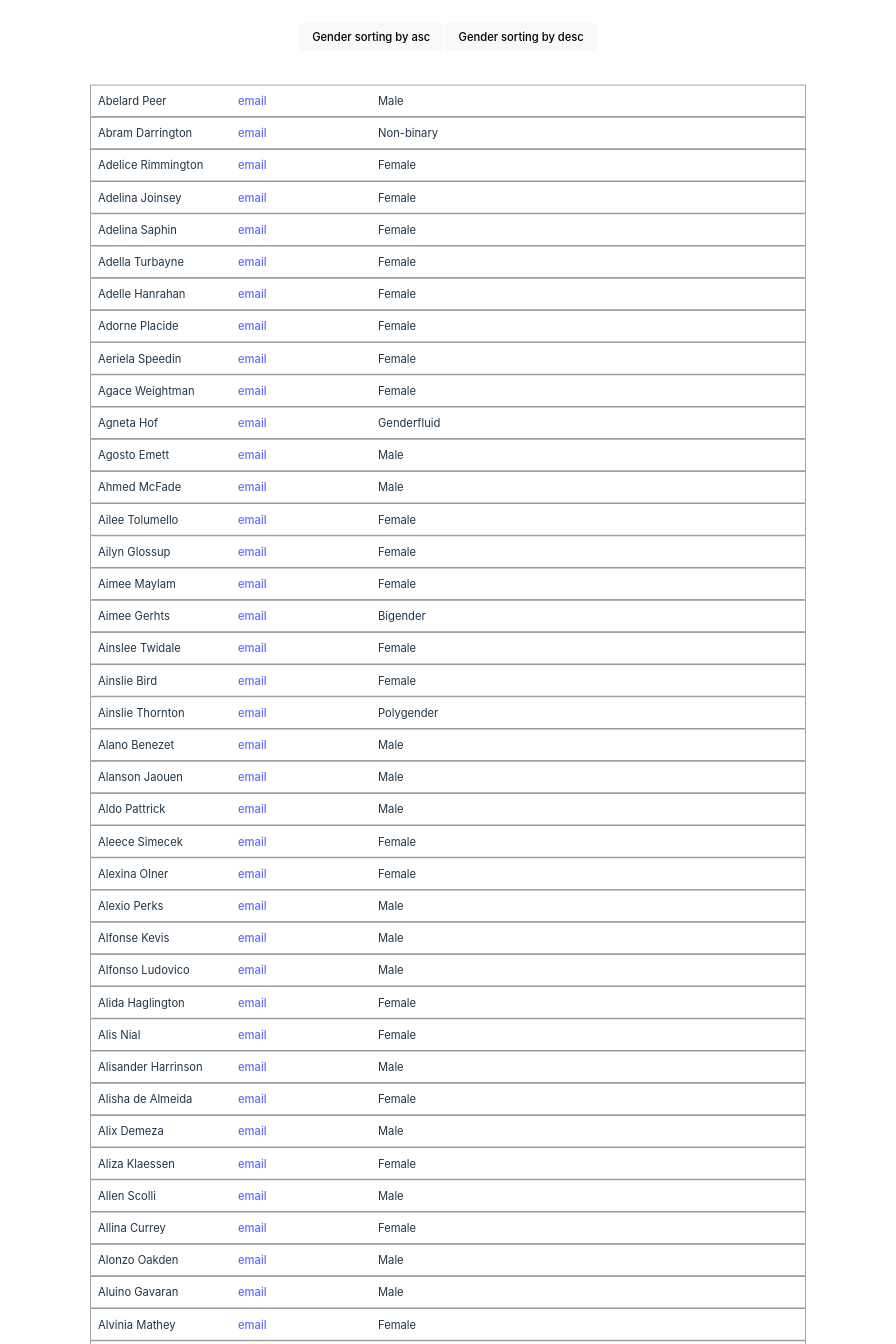
Repository: Kainar9292/sorting
Page: /
An editor plug-in stored every save of this project. The page is shown before and after the next save, followed by the edit.
The browser window is 1280 px wide. The pictures show the part of the page from y = 0 to 1920 px (the page is 46153 px tall), at 70% of full size.
The project was rebuilt for these pictures with package versions that can differ from the ones it lists, and the page was loaded fresh each time. Also part of the build but not shown: vite.config.js.

Above is the page before, as saved 2022-10-29 15:21:09.

### src/style.css
:root {
  font-family: Inter, Avenir, Helvetica, Arial, sans-serif;
  font-size: 16px;
  line-height: 24px;
  font-weight: 400;

  color-scheme: light dark;
  color: rgba(255, 255, 255, 0.87);
  background-color: #242424;

  font-synthesis: none;
  text-rendering: optimizeLegibility;
  -webkit-font-smoothing: antialiased;
  -moz-osx-font-smoothing: grayscale;
  -webkit-text-size-adjust: 100%;
}

a {
  font-weight: 500;
  color: #646cff;
  text-decoration: inherit;
}
a:hover {
  color: #535bf2;
}

a {
  font-weight: 500;
  color: #646cff;
  text-decoration: inherit;
}
a:hover {
  color: #535bf2;
}

body {
  margin: 0;
  display: flex;
  place-items: center;
  min-width: 320px;
  min-height: 100vh;
}

h1 {
  font-size: 3.2em;
  line-height: 1.1;
}

button {
  border-radius: 8px;
  border: 1px solid transparent;
  padding: 0.6em 1.2em;
  font-size: 1em;
  font-weight: 500;
  font-family: inherit;
  background-color: #1a1a1a;
  cursor: pointer;
  transition: border-color 0.25s;
}
button:hover {
  border-color: #646cff;
}
button:focus,
button:focus-visible {
  outline: 4px auto -webkit-focus-ring-color;
}

.card {
  padding: 2em;
}

#app {
  max-width: 1280px;
  margin: 0 auto;
  padding: 2rem;
  text-align: center;
}

@media (prefers-color-scheme: light) {
  :root {
    color: #213547;
    background-color: #ffffff;
  }
  a:hover {
    color: #747bff;
  }
  button {
    background-color: #f9f9f9;
  }
}

.users {
  display: flex;
  flex-direction: column;
}

.users_item {
  display: flex;
  width: 1000px;
  padding: 10px;
  justify-content: flex-start;
  border: 1px solid gray;
}

.users_item-name {
  display: flex;
  flex-basis: 200px;
}

.users_item-email {
  display: flex;
  flex-basis: 200px;
}

### src/App.vue
<template>
  <Users/>
</template>

<script setup>
import Users from './components/Users.vue'
</script>

### src/components/Users.vue
<template>
  <div class="users_button">
    <button @click="sortingByField('gender')">Gender sorting by asc</button>

    <button @click="sortingByField('gender', 'desc')">
      Gender sorting by desc
    </button>
  </div>

  <br />
  <br />
  <div class="users">
    <div class="users_item" v-for="item in state.users">
      <div class="users_item-name">{{ item.first_name }} {{ item.last_name }}</div>
      <a class="users_item-email" href="mailto:{{item.email}}">email</a>
      <div>{{ item.gender }}</div>
      <!-- <br />
      <br /> -->
    </div>
  </div>
</template>

<script setup>
import { reactive } from 'vue';
import { users } from '../service/getUsers';

const state = reactive({
  users: [],
});

state.users = users;

function sortingByField(sortedField, sordetType) {
  state.users = state.users.sort((a, b) => {
    if (sordetType === 'desc') {
      return a[sortedField] < b[sortedField] ? 1 : -1;
    } else {
      return a[sortedField] > b[sortedField] ? 1 : -1;
    }
  });
}

sortingByField('first_name');
</script>

Loaded but not shown: index.html (common file); src/main.js (common file); src/service/getUsers.js (1000 lines, source omitted)

After the next save:
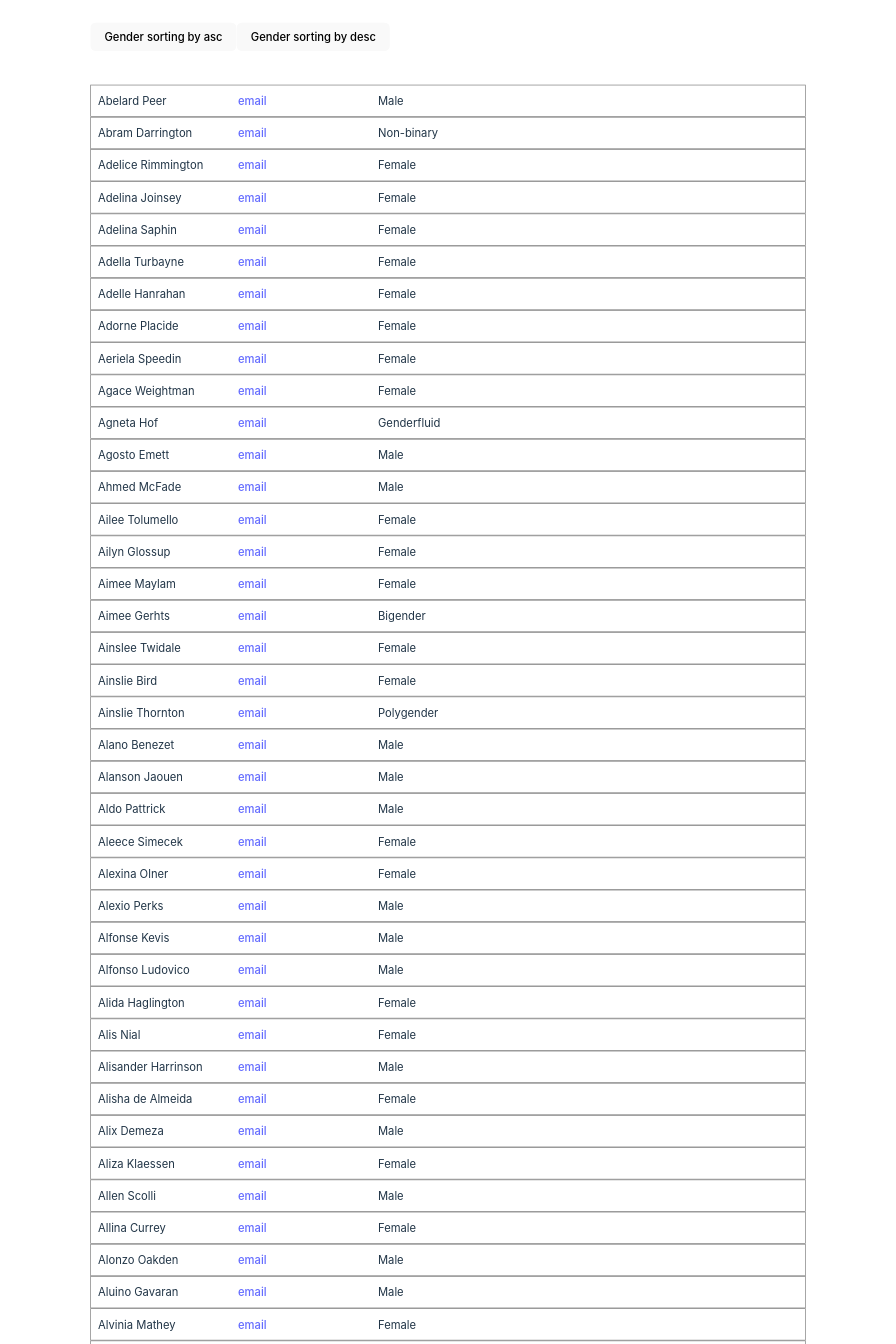
Saved 17 s later.
--- a/src/style.css
+++ b/src/style.css
@@ -111,3 +111,7 @@ button:focus-visible {
   display: flex;
   flex-basis: 200px;
 }
+
+.users_button {
+  display: flex;
+}
